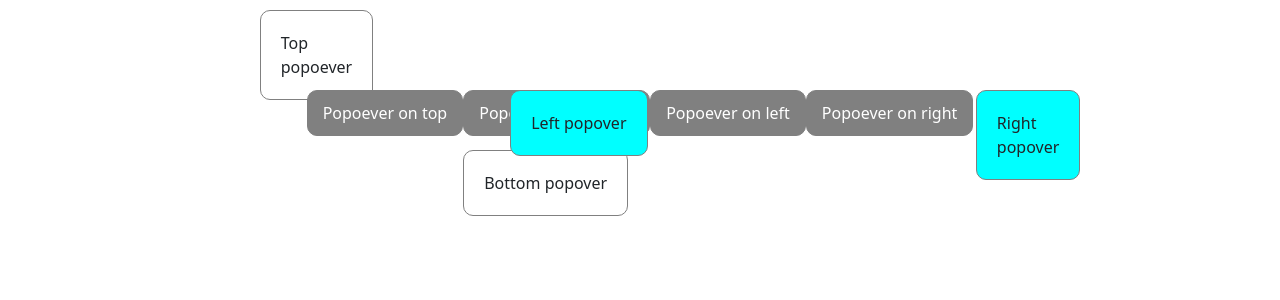
Repository: 1509Long/1509long.github.io
Page: exam.html
An editor plug-in stored every save of this project. The page is shown before and after the next save, followed by the edit.
The browser window is 1280 px wide. The pictures show the whole page.

Above is the page before, as saved 2022-05-24 20:51:48.

After the next save:
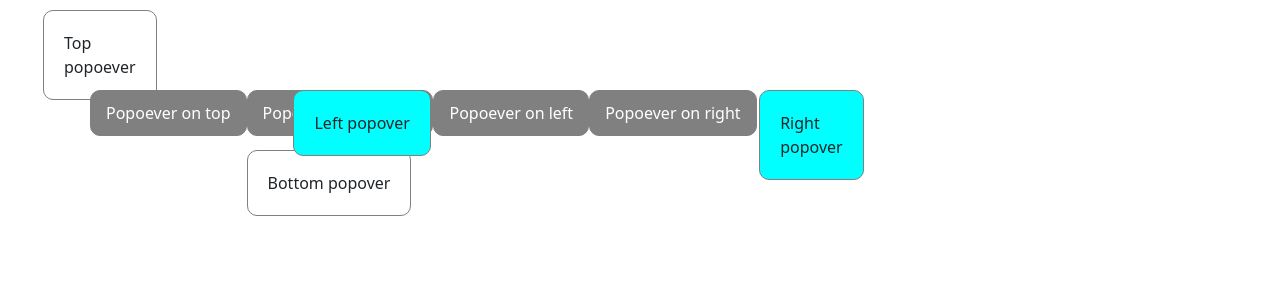
Saved 10 s later.
--- a/exam.html
+++ b/exam.html
@@ -83,7 +83,7 @@
     </style>
   </head>
   <body>
-      <div class="d-flex justify-content-center">
+      <div class="d-flex justify-content-start">
         <div class="box1">
           <button id="button" onclick="boxA()">Popoever on top</button>
           <div class="toggle-top box" id="top">Top popoever</div>
